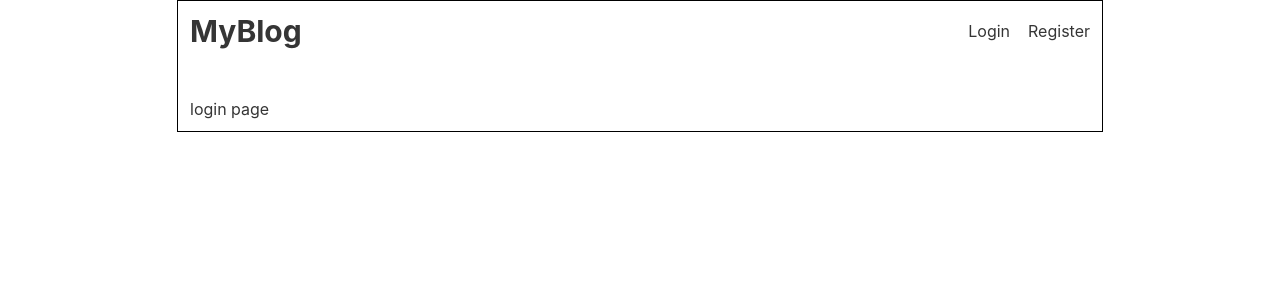
Repository: ateeque-219/BlogApp
Page: /login (app in blogapp/)
The author's editor kept a copy of each file at every save. The page is drawn from the files as they stood at one save, then again after the next save.
The browser window is 1280 px wide. The pictures show the whole page.
The project was rebuilt for these pictures with package versions that can differ from the ones it lists, and the page was loaded fresh each time. Also part of the build but not shown: blogapp/src/Post.js.

Above is the page before, as saved 2024-01-09 12:34:05.

### blogapp/src/index.js
import React from 'react';
import ReactDOM from 'react-dom/client';
import './index.css';
import App from './App';
import  { BrowserRouter } from "react-router-dom";

const root = ReactDOM.createRoot(document.getElementById('root'));
root.render(
  <React.StrictMode>
   <BrowserRouter>
   <App />
   </BrowserRouter>
  </React.StrictMode>
);

### blogapp/src/App.js

import { Route, Routes } from 'react-router';
import './App.css';
import Post from "./Post"
import Layoutt from './Layoutt';
import Indexpage from './pages/Indexpage';
function App() {
  return (
    <Routes>
      <Route path="/" element={<Layoutt />}>
        <Route index element={<Post />} />
        <Route path='/login' element={<div>login page</div>} />
      </Route>
    </Routes>
  );
}

export default App;

### blogapp/src/App.css
body{
  color: #353535;
}
img{
  max-width: 100%;
}
main{
  padding: 12px;
  max-width: 900px;
  margin:0 auto ;
  border: 1px solid black;
}
header{
 display: flex;
 justify-content: space-between;
 margin-bottom: 50px;
 align-items: center;
}
header a{
  text-decoration: none;
  color: inherit;
}
header a.logo{
  font-weight: bolder;
  font-size: 30px;
}
header nav{
  display: flex;
  gap: 18px;
}
div.post{
  display: flex;
  gap: 22px;
   margin-bottom: 44px;
}
div.texts{
  margin: 0;
  padding: 0;
}

.texts h2 {
  margin: 0;
}

.image {
  margin-top: 18px;
  width: 600px;
}
div.post p.info{
  margin: 5px 0;
  display: flex;
  gap: 5px;
  font-weight: bold;
  color: #888;
  font-size: 1rem;

}
div.post p.info a.author{
  color: #333;
}
div.post p.summary{
  margin:4px 0;
  line-height: 1.5rem;
}

### blogapp/src/Layoutt.js
import React from 'react'
import Head from './Head'
import { Outlet } from 'react-router-dom'
const Layoutt = () => {
  return (
    <main>
      <Head></Head>
      <Outlet/>
    </main>
  )
}

export default Layoutt

### blogapp/src/Head.js
import React from 'react'
import { Link } from 'react-router-dom';
const Head = () => {
  return (
    <div><header>
    <Link to="/" className="logo">MyBlog</Link>
    <nav>
      <Link to="/login">Login</Link>
      <Link to="/register">Register</Link>
    </nav>
  </header></div>
  );
};
export default Head;

### blogapp/src/pages/Indexpage.js
 import React from 'react'

 const Indexpage = () => {
   return (
     <div>Indexpage</div>
   )
 }

 export default Indexpage

Loaded but not shown: blogapp/public/index.html (common file); blogapp/src/index.css (common file)

After the next save:
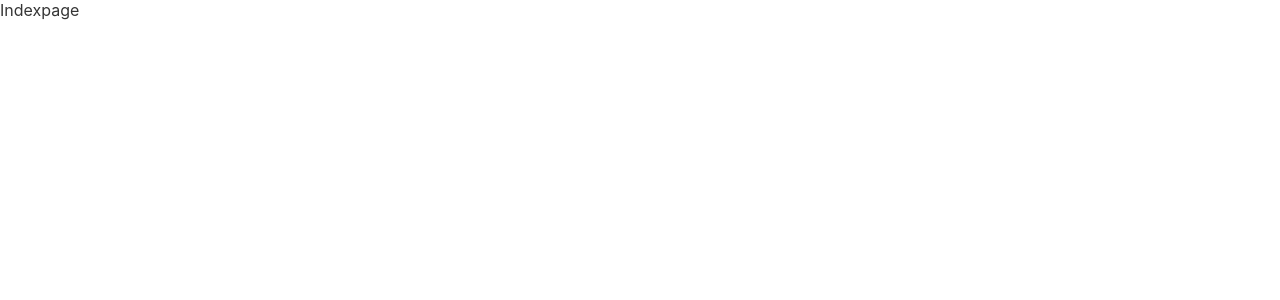
Saved 8 s later.
--- a/blogapp/src/App.js
+++ b/blogapp/src/App.js
@@ -7,7 +7,7 @@
 function App() {
   return (
     <Routes>
-      <Route path="/" element={<Layoutt />}>
+      <Route path="/" element={<Indexpage/>}>
         <Route index element={<Post />} />
         <Route path='/login' element={<div>login page</div>} />
       </Route>

After the save that followed:
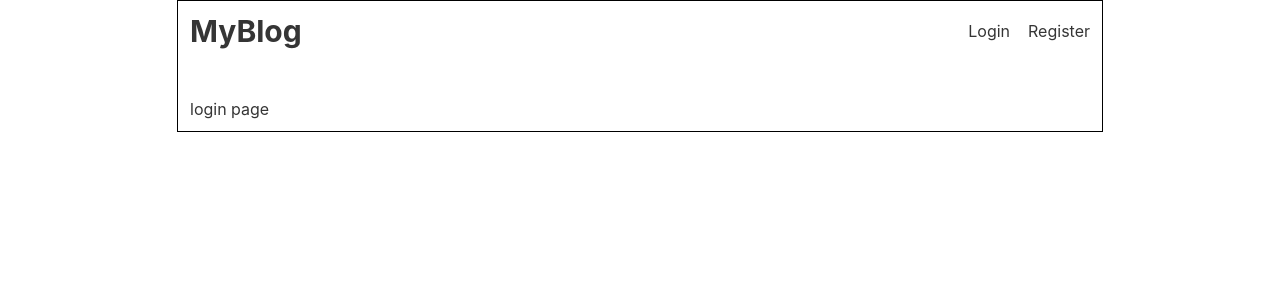
Saved 8 s later.
--- a/blogapp/src/App.js
+++ b/blogapp/src/App.js
@@ -7,7 +7,7 @@
 function App() {
   return (
     <Routes>
-      <Route path="/" element={<Indexpage/>}>
+      <Route path="/" element={<Layoutt />}>
         <Route index element={<Post />} />
         <Route path='/login' element={<div>login page</div>} />
       </Route>
